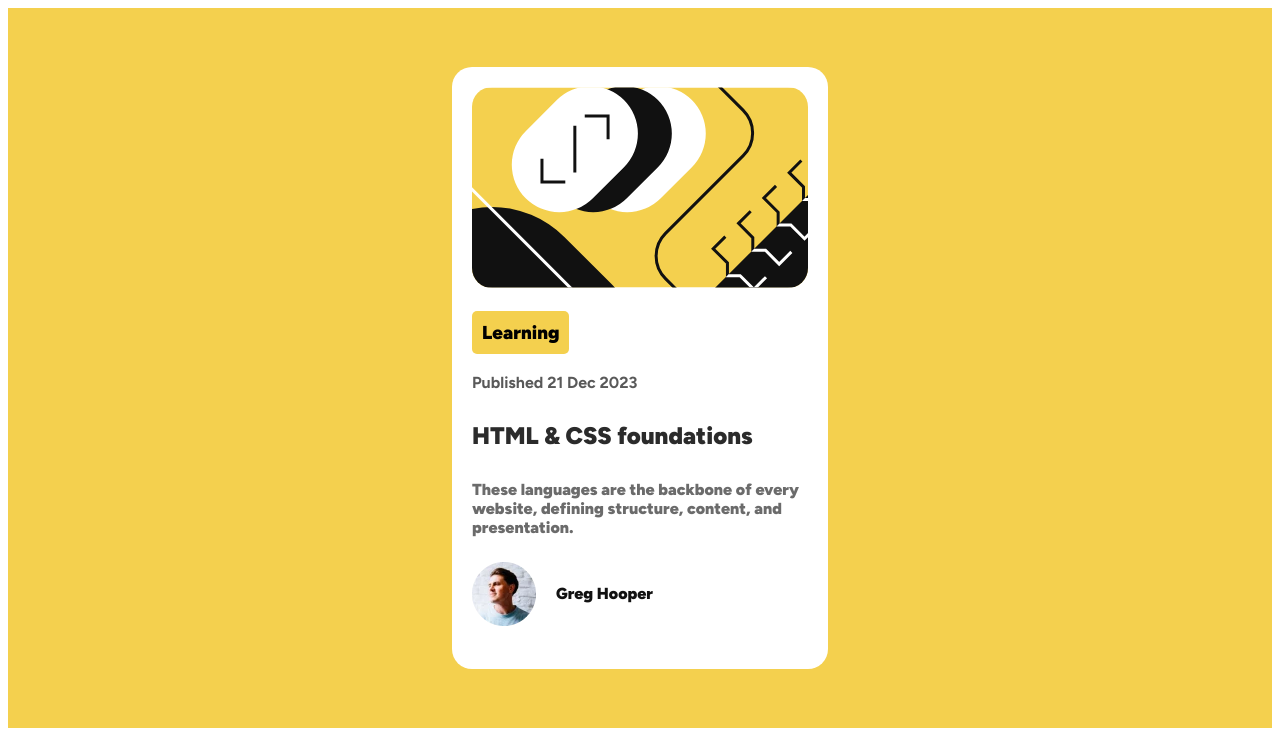
Repository: reemoon-ctrl/blog-preview-card
Page: index.html
An editor plug-in stored every save of this project. The page is shown before and after the next save, followed by the edit.
The browser window is 1280 px wide. The pictures show the whole page.

Above is the page before, as saved 2024-07-19 15:14:14.

### index.html
<!DOCTYPE html>
<html>
    <head>
        <title>Frontend Mentor | Blog preview card</title>
        <link rel="stylesheet" href="index.css" />
        <style>
            @import url('https://fonts.googleapis.com/css2?family=Figtree:ital,wght@0,300..900;1,300..900&display=swap');
        </style>


    </head>
    <body>
        <article class="blog-card-article">
            <div class="blog-card">
                <img class="blog-img"src="img\illustration-article.svg" alt="illustration-article" />
                <h3 class="blog-category">Learning</h3>
                <b class="blog-date">Published 21 Dec 2023</b>
                <h1 class="blog-title">HTML & CSS foundations</h1>
                <b class="blog-discrip">These languages are the backbone of every website, defining structure, content, and presentation.</b>
                <h2 class="blog-author"><img  src="img\image-avatar.webp" alt="Greg Hooper avatar"/>Greg Hooper</h2>
            </div>
        </article>

    </body>
</html>

### index.css
.blog-card-article{
    min-height: 100vh;
    display: flex;
    align-items:center;
    justify-content: center;
    background-color: hsl(47, 88%, 63%);


}

.blog-card{
    background-color: white;
    padding: 20px 20px 20px 20px;
    border-radius: 20px;
    flex-basis: 350px;
    box-shadow:;
}

.blog-img{
    border-radius: 20px;


}

.blog-category{

    background-color: hsl(47, 88%, 63%);
    width:fit-content;
    border-radius: 5px;
    padding: 10px 10px;
    font-family: "Figtree", sans-serif;
    font-optical-sizing: auto;
    font-weight: 900;
    font-style:normal;



}

.blog-date{
    color: hsl(0, 0%, 35%);
    padding: 10px 0;
    font-family: "Figtree", sans-serif;
    font-optical-sizing: auto;
    font-weight: 700;
    font-style: normal;

}

.blog-title{
    padding: 10px 0;
    font-family: "Figtree", sans-serif;
    font-optical-sizing: auto;
    font-weight: 900;
    font-style: normal;
    color: hsl(0, 0%, 17%);

}
.blog-discrip{
    color:hsl(0, 0%, 42%);
    padding: 10px 0px;
    font-family: "Figtree", sans-serif;
    font-optical-sizing: auto;
    font-weight: 900;
    font-style: normal;

}

.blog-author{

    display: flex;
    align-items:center;
    padding: 10px 0px;
    gap: 20px;
    font-family: "Figtree", sans-serif;
    font-optical-sizing: auto;
    font-weight:900;
    font-style: normal;
    color: hsl(0, 0%, 7%);
    font-size: 16px;

}
*{
    box-sizing: border-box;
}

After the next save:
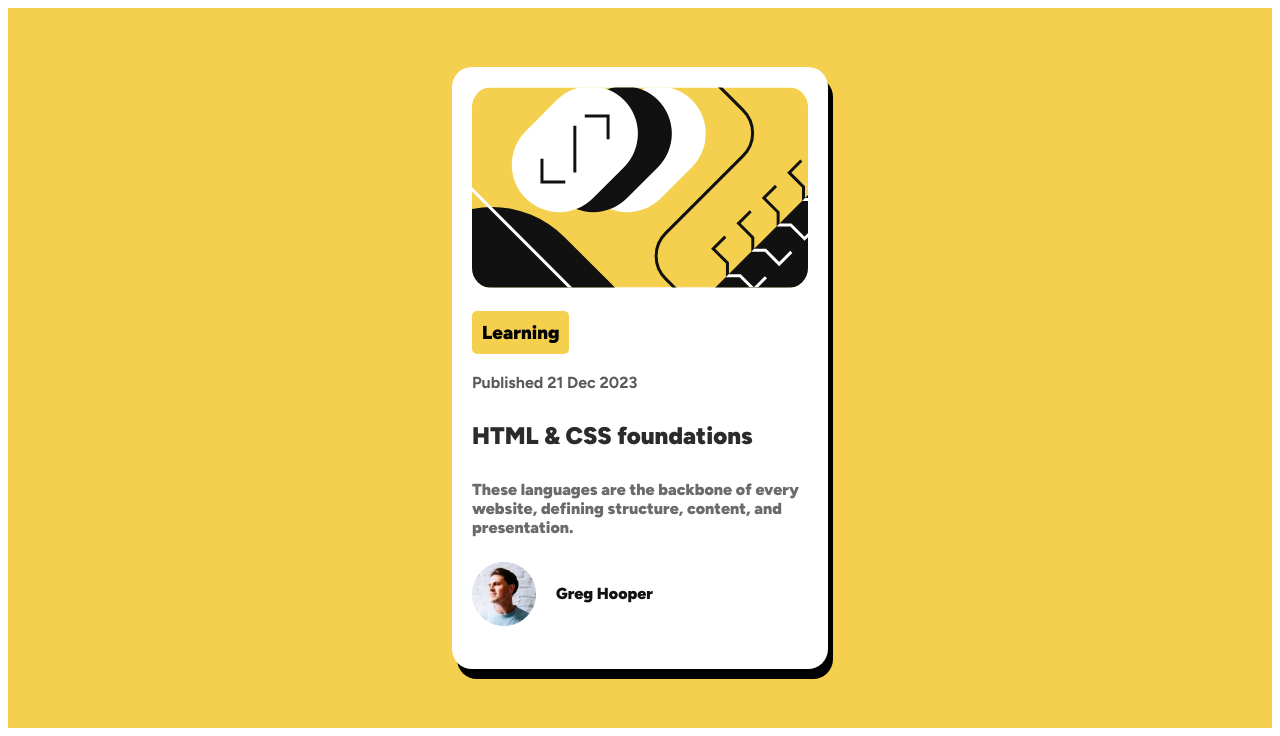
Saved 89 s later.
--- a/index.css
+++ b/index.css
@@ -13,7 +13,7 @@
     padding: 20px 20px 20px 20px;
     border-radius: 20px;
     flex-basis: 350px;
-    box-shadow:;
+    box-shadow:5px 10px;
 }
 
 .blog-img{
